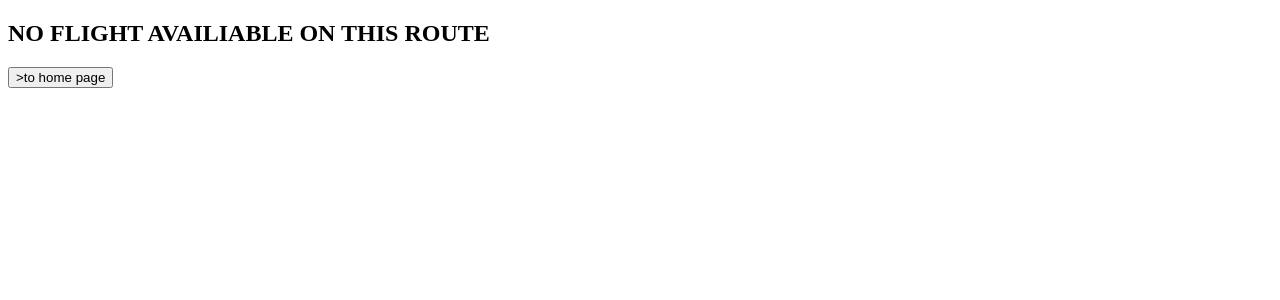
Repository: jha6435/Backenefinalsubmission
Page: http://localhost/ProjectFlyaway2/noflight.jsp
The author's editor kept a copy of each file at every save. The page is drawn from the files as they stood at one save, then again after the next save.
The browser window is 1280 px wide. The pictures show the whole page.
The page is served by Tomcat 9. Other server files are loaded and not shown.

Above is the page before, as saved 2023-05-11 11:56:26.

### ProjectFlyaway2/src/main/webapp/noflight.jsp
<%@ page language="java" contentType="text/html; charset=ISO-8859-1"
    pageEncoding="ISO-8859-1"%>
<!DOCTYPE html>
<html>
<head>
<meta charset="ISO-8859-1">
<title>Insert title here</title>
</head>
<body>
<h2>NO FLIGHT AVAILIABLE ON THIS ROUTE</h2>
<button <a href="index.jsp"></a>>to home page</button>

</body>
</html>

After the next save:
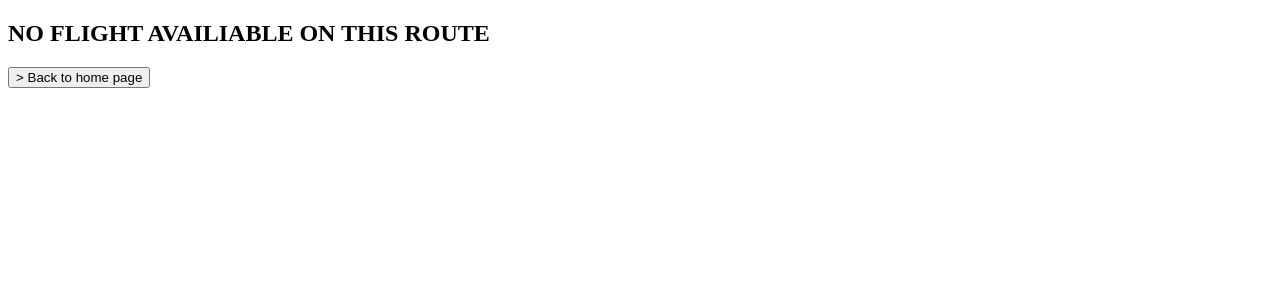
Saved 78 s later.
--- a/ProjectFlyaway2/src/main/webapp/noflight.jsp
+++ b/ProjectFlyaway2/src/main/webapp/noflight.jsp
@@ -8,7 +8,7 @@
 </head>
 <body>
 <h2>NO FLIGHT AVAILIABLE ON THIS ROUTE</h2>
-<button <a href="index.jsp"></a>>to home page</button>
+<button <a href="index.jsp"></a>> Back to home page</button>
 
 </body>
 </html>
